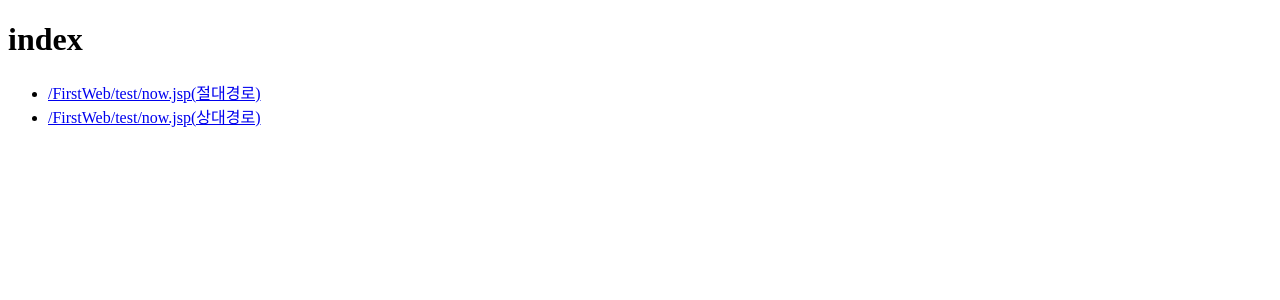
Repository: 2hundred2ne2/bit
Page: http://localhost/First_Web/
These files come from the project's save history. The page is drawn as it stood at one moment and after the next save; the edit follows.
The browser window is 1280 px wide. The pictures show the whole page.
The page is served by Tomcat 9. Other server files are loaded and not shown.

Above is the page before, as saved 2020-12-14 23:42:26.

### JSP_PROJECT/First_Web/WebContent/index.jsp
<%@ page language="java" contentType="text/html; charset=UTF-8"
    pageEncoding="UTF-8"%>
<!DOCTYPE html>
<html>
<head>
<meta charset="UTF-8">
<title>First Jsp</title>
</head>
<body>
<h1>index</h1>
<ul>

<li><a href="/FirstWeb/test/now.jsp">/FirstWeb/test/now.jsp(절대경로)</a></li>
<li><a href="test/now.jsp">/FirstWeb/test/now.jsp(상대경로)</a></li>
</ul>
</body>
</html>

After the next save:
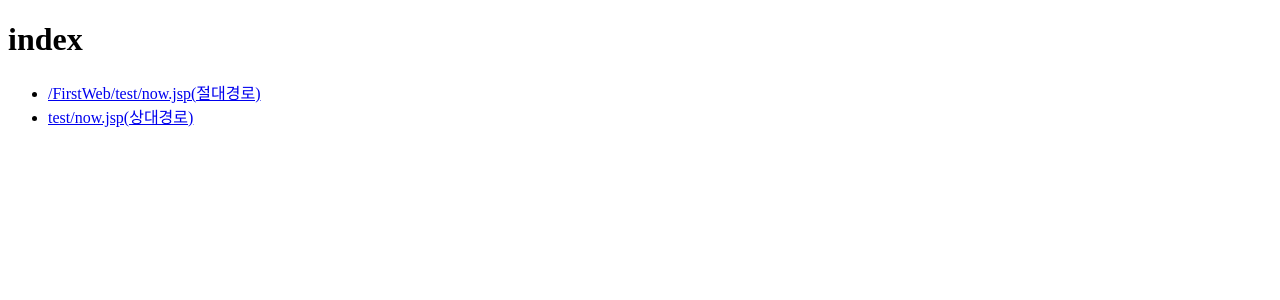
Saved 57 s later.
--- a/JSP_PROJECT/First_Web/WebContent/index.jsp
+++ b/JSP_PROJECT/First_Web/WebContent/index.jsp
@@ -11,7 +11,7 @@
 <ul>
 
 <li><a href="/FirstWeb/test/now.jsp">/FirstWeb/test/now.jsp(절대경로)</a></li>
-<li><a href="test/now.jsp">/FirstWeb/test/now.jsp(상대경로)</a></li>
+<li><a href="test/now.jsp">test/now.jsp(상대경로)</a></li>
 </ul>
 </body>
 </html>
